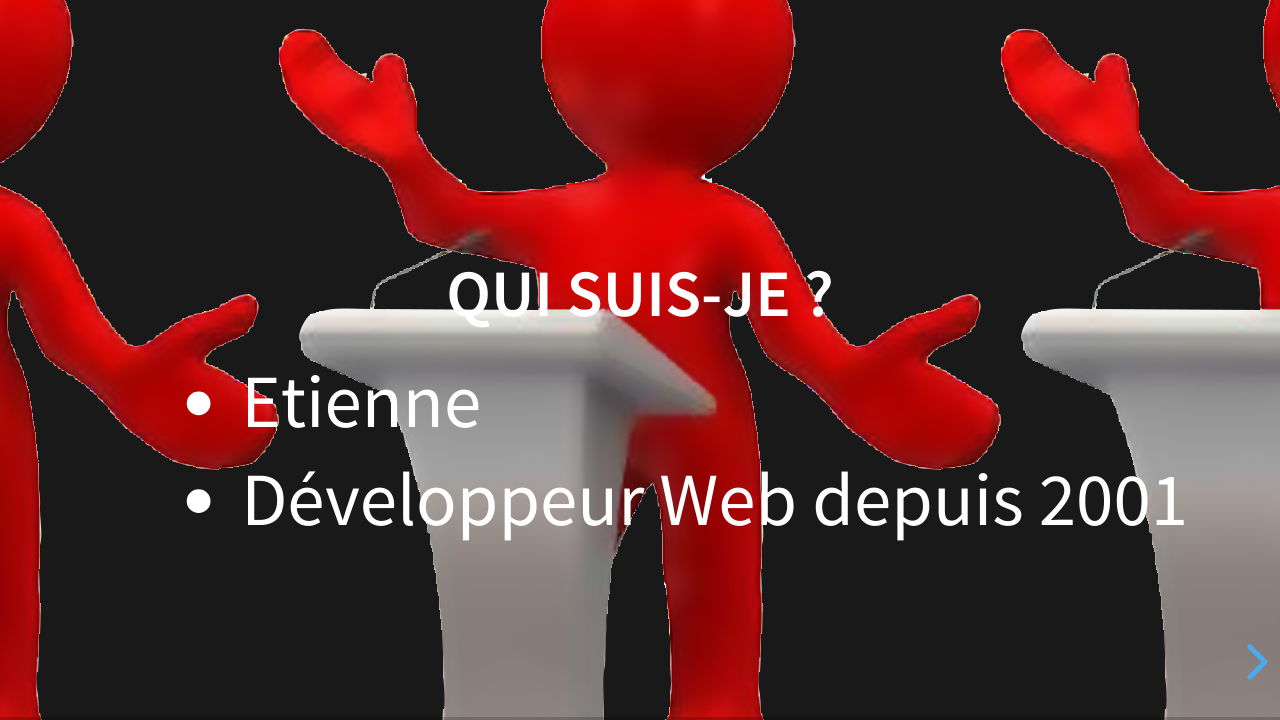
Repository: cutesquirrel/pres-college
Page: index.html
An editor plug-in stored every save of this project. The page is shown before and after the next save, followed by the edit.
The browser window is 1280 px wide. The pictures show the whole page.

Above is the page before, as saved 2024-03-31 10:38:37.

### index.html
<!doctype html>
<html lang="en">
	<head>
		<meta charset="utf-8">
		<meta name="viewport" content="width=device-width, initial-scale=1.0, maximum-scale=1.0, user-scalable=no">

		<title>reveal.js</title>

		<link rel="stylesheet" href="dist/reset.css">
		<link rel="stylesheet" href="dist/reveal.css">
		<link rel="stylesheet" href="dist/theme/black.css">

		<!-- Theme used for syntax highlighted code -->
		<link rel="stylesheet" href="plugin/highlight/monokai.css">
	</head>
	<body>
		<div class="reveal">
			<div class="slides">
				<section data-background-image="./whoami.png" data-background-size="722px" data-background-repeat="repeat">
					<h2>Qui suis-je ?</h2>
					<ul class="r-fit-text" >
						<li>Etienne</li>
						<li>Développeur Web depuis 2001</li>
					</ul>
				</section>
				<section data-background-image="./fond_dev.png" >
					<h2>Développement ?</h2>
				</section>
				<section>

					<h2>Idées de thèmes</h2>
					<ul class="r-fit-text">
<li class="fragment fade-left">Les différentes activités réalisées dans votre travail
Développement Web
Gestion de projet
Management d'équipe
Travailler avec les fournisseurs : hébergeur, avis clients par ex, réseaux sociaux
Réunions d'équipe : qui travaille sur quoi ?
Réunions pour préparer des nouveaux projets
Réunions de crise : gros souci sur un site, on ne vend plus ? panique à bord ?


</li>
<li class="fragment fade-left">Description d'une journée type
	Je dirige une équipe de 8 personnes, coupée en 3 : une partie à Aix, l'autre à Montpellier, 1 en Bretagne
	On utilise donc beaucoup Slack, un outil pour communiquer entre nous, comme WhatsApp
Outils de chat : 2
</li>

<li class="fragment fade-left">les horaires de travail -

	9h-12h/14h-18h environ</li>

<li class="fragment fade-left">lieu(x) d’exercice du métier:

	dans l'entreprise, à Aix, ou en télétravail 2j/semaine</li>

<li class="fragment fade-left">les qualités et compétences demandées
	passioné par le développement
  curieux, inventif
	aimer travailler en équipe
	autonôme parfois
</li>

<li class="fragment fade-left">votre parcours de formation
ESIGELEC, école d'ingénieur généraliste.
Plein d'autres formations possibles : EPITECH, l'école 42, BTS, BUT, formation de reconversion


</li>
<li class="fragment fade-left">la place de l’anglais dans votre profession</li>
<li class="fragment fade-left">L’éducation nationale s’engage pour le développement durable et la transition écologique :
	la question de l’environnement est au coeur des nouveaux programme du lycée.

	parler de la question de la consommation énergétique
	Green IT ?
  Netflix, moteurs de recherche comme Google, l'intelligence articielle, le bitcoin - consommation énergétique monstrueuse


</li>
<li class="fragment fade-left">Entreprise ? égalité fille/ garçon: la part des femmes et des hommes dans votre entreprise

	Parmi les développeurs/euses, il y a encore peu de femmes.
	La preuve, je n'ai qu'une femme dans mon équipe sur 8 personnes...

	Par contre, au service marketing, dont je fais partie, c'est principalement des femmes :
	   graphistes, designeuses
	   community manager
		 responsable produit
		 ventes

  De nombreuses initiatives existent pour promouvoir la place de la femme dans ce métier.

</li>
					</ul>

TROUVER QQ PHOTOS HOMAIR
QQ PHOTOS AGREMENTANT LA PRESENTATION

				</section>
				<section>
					<section>Slide 2.1</section>
					<section>Slide 2.2</section>
				</section>
				<section data-transition="convex">
					<h3>data-transition: convex</h3>
				</section>
				<section data-background="indigo">
					<h2>Scroll triggered fragments</h2>
					<ul>
						<li class="fragment fade-left">Step one</li>
						<li class="fragment fade-left">Step two</li>
						<li class="fragment fade-left">Step three</li>
					</ul>
				</section>
			</div>
		</div>

		<script src="dist/reveal.js"></script>
		<script src="plugin/notes/notes.js"></script>
		<script src="plugin/markdown/markdown.js"></script>
		<script src="plugin/highlight/highlight.js"></script>
		<script>
			// More info about initialization & config:
			// - https://revealjs.com/initialization/
			// - https://revealjs.com/config/
			Reveal.initialize({
				hash: true,

				// Learn about plugins: https://revealjs.com/plugins/
				plugins: [ RevealMarkdown, RevealHighlight, RevealNotes ]
			});
		</script>
	</body>
</html>

### dist/theme/black.css
/**
 * Black theme for reveal.js. This is the opposite of the 'white' theme.
 *
 * By Hakim El Hattab, http://hakim.se
 */
@import url(./fonts/source-sans-pro/source-sans-pro.css);
section.has-light-background, section.has-light-background h1, section.has-light-background h2, section.has-light-background h3, section.has-light-background h4, section.has-light-background h5, section.has-light-background h6 {
  color: #222;
}

/*********************************************
 * GLOBAL STYLES
 *********************************************/
:root {
  --r-background-color: #191919;
  --r-main-font: Source Sans Pro, Helvetica, sans-serif;
  --r-main-font-size: 42px;
  --r-main-color: #fff;
  --r-block-margin: 20px;
  --r-heading-margin: 0 0 20px 0;
  --r-heading-font: Source Sans Pro, Helvetica, sans-serif;
  --r-heading-color: #fff;
  --r-heading-line-height: 1.2;
  --r-heading-letter-spacing: normal;
  --r-heading-text-transform: uppercase;
  --r-heading-text-shadow: none;
  --r-heading-font-weight: 600;
  --r-heading1-text-shadow: none;
  --r-heading1-size: 2.5em;
  --r-heading2-size: 1.6em;
  --r-heading3-size: 1.3em;
  --r-heading4-size: 1em;
  --r-code-font: monospace;
  --r-link-color: #42affa;
  --r-link-color-dark: #068de9;
  --r-link-color-hover: #8dcffc;
  --r-selection-background-color: rgba(66, 175, 250, 0.75);
  --r-selection-color: #fff;
  --r-overlay-element-bg-color: 240, 240, 240;
  --r-overlay-element-fg-color: 0, 0, 0;
}

.reveal-viewport {
  background: #191919;
  background-color: var(--r-background-color);
}

.reveal {
  font-family: var(--r-main-font);
  font-size: var(--r-main-font-size);
  font-weight: normal;
  color: var(--r-main-color);
}

.reveal ::selection {
  color: var(--r-selection-color);
  background: var(--r-selection-background-color);
  text-shadow: none;
}

.reveal ::-moz-selection {
  color: var(--r-selection-color);
  background: var(--r-selection-background-color);
  text-shadow: none;
}

.reveal .slides section,
.reveal .slides section > section {
  line-height: 1.3;
  font-weight: inherit;
}

/*********************************************
 * HEADERS
 *********************************************/
.reveal h1,
.reveal h2,
.reveal h3,
.reveal h4,
.reveal h5,
.reveal h6 {
  margin: var(--r-heading-margin);
  color: var(--r-heading-color);
  font-family: var(--r-heading-font);
  font-weight: var(--r-heading-font-weight);
  line-height: var(--r-heading-line-height);
  letter-spacing: var(--r-heading-letter-spacing);
  text-transform: var(--r-heading-text-transform);
  text-shadow: var(--r-heading-text-shadow);
  word-wrap: break-word;
}

.reveal h1 {
  font-size: var(--r-heading1-size);
}

.reveal h2 {
  font-size: var(--r-heading2-size);
}

.reveal h3 {
  font-size: var(--r-heading3-size);
}

.reveal h4 {
  font-size: var(--r-heading4-size);
}

.reveal h1 {
  text-shadow: var(--r-heading1-text-shadow);
}

/*********************************************
 * OTHER
 *********************************************/
.reveal p {
  margin: var(--r-block-margin) 0;
  line-height: 1.3;
}

/* Remove trailing margins after titles */
.reveal h1:last-child,
.reveal h2:last-child,
.reveal h3:last-child,
.reveal h4:last-child,
.reveal h5:last-child,
.reveal h6:last-child {
  margin-bottom: 0;
}

/* Ensure certain elements are never larger than the slide itself */
.reveal img,
.reveal video,
.reveal iframe {
  max-width: 95%;
  max-height: 95%;
}

.reveal strong,
.reveal b {
  font-weight: bold;
}

.reveal em {
  font-style: italic;
}

.reveal ol,
.reveal dl,
.reveal ul {
  display: inline-block;
  text-align: left;
  margin: 0 0 0 1em;
}

.reveal ol {
  list-style-type: decimal;
}

.reveal ul {
  list-style-type: disc;
}

.reveal ul ul {
  list-style-type: square;
}

.reveal ul ul ul {
  list-style-type: circle;
}

.reveal ul ul,
.reveal ul ol,
.reveal ol ol,
.reveal ol ul {
  display: block;
  margin-left: 40px;
}

.reveal dt {
  font-weight: bold;
}

.reveal dd {
  margin-left: 40px;
}

.reveal blockquote {
  display: block;
  position: relative;
  width: 70%;
  margin: var(--r-block-margin) auto;
  padding: 5px;
  font-style: italic;
  background: rgba(255, 255, 255, 0.05);
  box-shadow: 0px 0px 2px rgba(0, 0, 0, 0.2);
}

.reveal blockquote p:first-child,
.reveal blockquote p:last-child {
  display: inline-block;
}

.reveal q {
  font-style: italic;
}

.reveal pre {
  display: block;
  position: relative;
  width: 90%;
  margin: var(--r-block-margin) auto;
  text-align: left;
  font-size: 0.55em;
  font-family: var(--r-code-font);
  line-height: 1.2em;
  word-wrap: break-word;
  box-shadow: 0px 5px 15px rgba(0, 0, 0, 0.15);
}

.reveal code {
  font-family: var(--r-code-font);
  text-transform: none;
  tab-size: 2;
}

.reveal pre code {
  display: block;
  padding: 5px;
  overflow: auto;
  max-height: 400px;
  word-wrap: normal;
}

.reveal .code-wrapper {
  white-space: normal;
}

.reveal .code-wrapper code {
  white-space: pre;
}

.reveal table {
  margin: auto;
  border-collapse: collapse;
  border-spacing: 0;
}

.reveal table th {
  font-weight: bold;
}

.reveal table th,
.reveal table td {
  text-align: left;
  padding: 0.2em 0.5em 0.2em 0.5em;
  border-bottom: 1px solid;
}

.reveal table th[align=center],
.reveal table td[align=center] {
  text-align: center;
}

.reveal table th[align=right],
.reveal table td[align=right] {
  text-align: right;
}

.reveal table tbody tr:last-child th,
.reveal table tbody tr:last-child td {
  border-bottom: none;
}

.reveal sup {
  vertical-align: super;
  font-size: smaller;
}

.reveal sub {
  vertical-align: sub;
  font-size: smaller;
}

.reveal small {
  display: inline-block;
  font-size: 0.6em;
  line-height: 1.2em;
  vertical-align: top;
}

.reveal small * {
  vertical-align: top;
}

.reveal img {
  margin: var(--r-block-margin) 0;
}

/*********************************************
 * LINKS
 *********************************************/
.reveal a {
  color: var(--r-link-color);
  text-decoration: none;
  transition: color 0.15s ease;
}

.reveal a:hover {
  color: var(--r-link-color-hover);
  text-shadow: none;
  border: none;
}

.reveal .roll span:after {
  color: #fff;
  background: var(--r-link-color-dark);
}

/*********************************************
 * Frame helper
 *********************************************/
.reveal .r-frame {
  border: 4px solid var(--r-main-color);
  box-shadow: 0 0 10px rgba(0, 0, 0, 0.15);
}

.reveal a .r-frame {
  transition: all 0.15s linear;
}

.reveal a:hover .r-frame {
  border-color: var(--r-link-color);
  box-shadow: 0 0 20px rgba(0, 0, 0, 0.55);
}

/*********************************************
 * NAVIGATION CONTROLS
 *********************************************/
.reveal .controls {
  color: var(--r-link-color);
}

/*********************************************
 * PROGRESS BAR
 *********************************************/
.reveal .progress {
  background: rgba(0, 0, 0, 0.2);
  color: var(--r-link-color);
}

/*********************************************
 * PRINT BACKGROUND
 *********************************************/
@media print {
  .backgrounds {
    background-color: var(--r-background-color);
  }
}

### plugin/highlight/monokai.css
/*
Monokai style - ported by Luigi Maselli - http://grigio.org
*/

.hljs {
  display: block;
  overflow-x: auto;
  padding: 0.5em;
  background: #272822;
  color: #ddd;
}

.hljs-tag,
.hljs-keyword,
.hljs-selector-tag,
.hljs-literal,
.hljs-strong,
.hljs-name {
  color: #f92672;
}

.hljs-code {
  color: #66d9ef;
}

.hljs-class .hljs-title {
  color: white;
}

.hljs-attribute,
.hljs-symbol,
.hljs-regexp,
.hljs-link {
  color: #bf79db;
}

.hljs-string,
.hljs-bullet,
.hljs-subst,
.hljs-title,
.hljs-section,
.hljs-emphasis,
.hljs-type,
.hljs-built_in,
.hljs-builtin-name,
.hljs-selector-attr,
.hljs-selector-pseudo,
.hljs-addition,
.hljs-variable,
.hljs-template-tag,
.hljs-template-variable {
  color: #a6e22e;
}

.hljs-comment,
.hljs-quote,
.hljs-deletion,
.hljs-meta {
  color: #75715e;
}

.hljs-keyword,
.hljs-selector-tag,
.hljs-literal,
.hljs-doctag,
.hljs-title,
.hljs-section,
.hljs-type,
.hljs-selector-id {
  font-weight: bold;
}

Loaded but not shown: dist/reset.css (common file); dist/reveal.css (library); dist/reveal.js (library); plugin/notes/notes.js (library); plugin/markdown/markdown.js (library); plugin/highlight/highlight.js (library); dist/theme/fonts/source-sans-pro/source-sans-pro.css (common file)

After the next save:
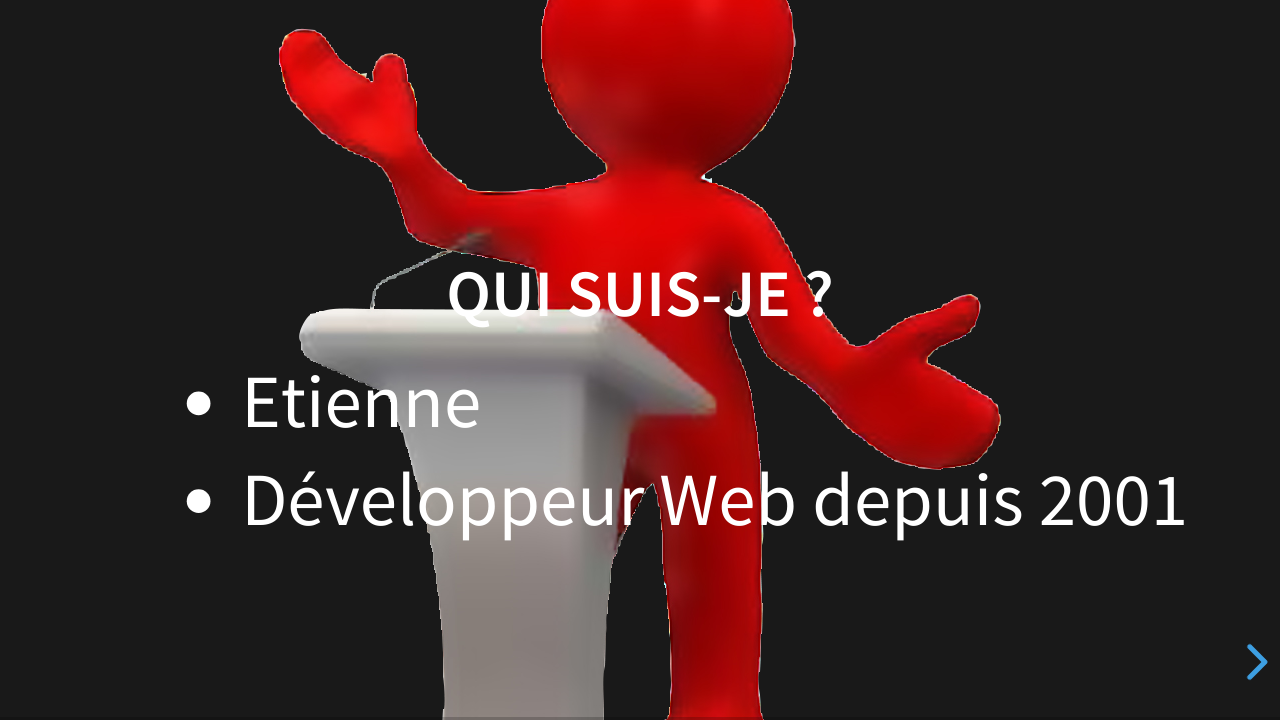
Saved 5 s later.
--- a/index.html
+++ b/index.html
@@ -16,7 +16,7 @@
 	<body>
 		<div class="reveal">
 			<div class="slides">
-				<section data-background-image="./whoami.png" data-background-size="722px" data-background-repeat="repeat">
+				<section data-background-image="./whoami.png" data-background-size="722px" data-background-repeat="no-repeat">
 					<h2>Qui suis-je ?</h2>
 					<ul class="r-fit-text" >
 						<li>Etienne</li>
